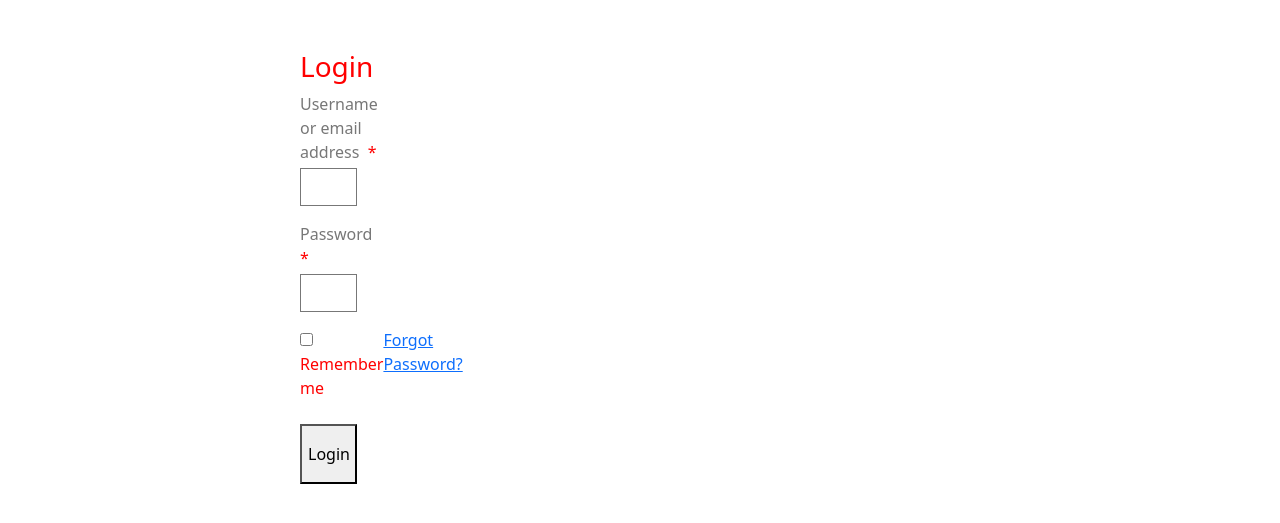
Repository: NguyenDo13/BE2-NhomH
Page: module-20,21/index.html
These files come from the project's save history. The page is drawn as it stood at one moment and after the next save; the edit follows.
The browser window is 1280 px wide. The pictures show the whole page.

Above is the page before, as saved 2022-05-21 07:35:51.

After the next save:
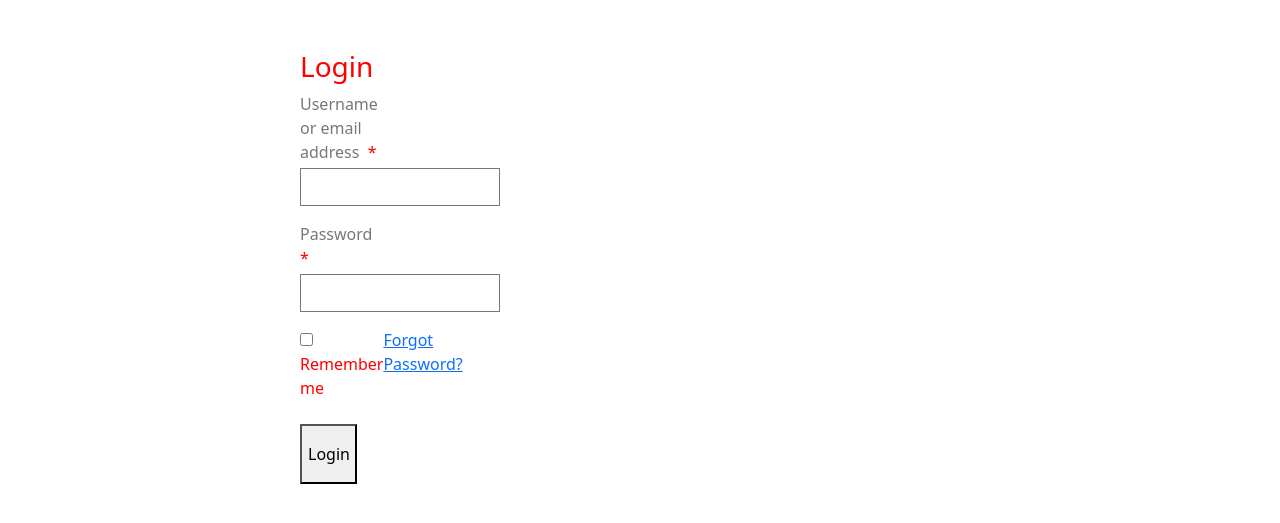
Saved 15 s later.
--- a/module-20,21/index/public/css/style.css
+++ b/module-20,21/index/public/css/style.css
@@ -10,7 +10,7 @@
     font-size: 0.85rem;
     vertical-align: middle;
     height: auto;
-    width: 100%;
+    width: 200px;
     background-color: #fff;
     color: #777777;
     padding: 8px 12px;
